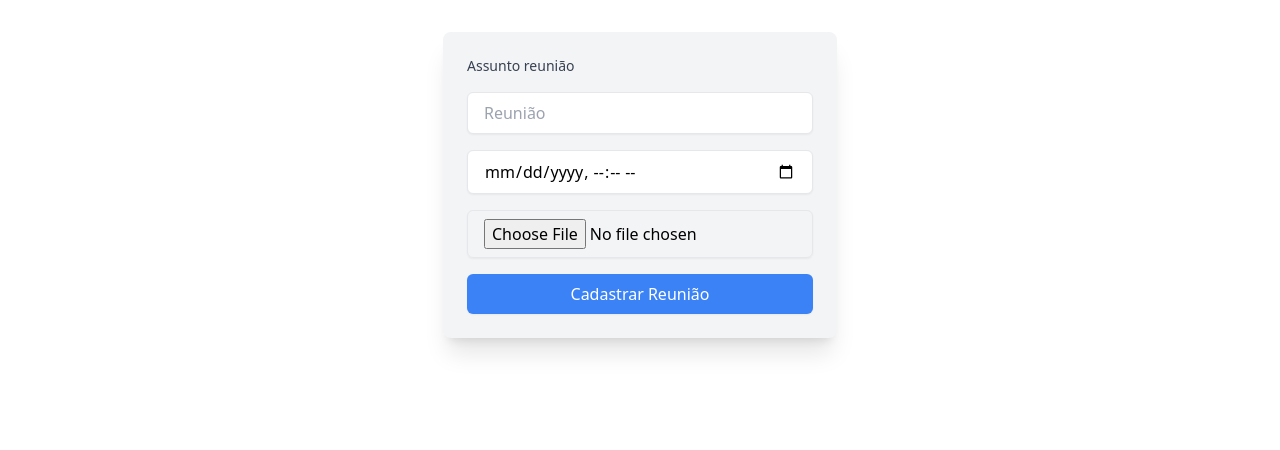
Repository: TamiBeira/meeting
Page: /
An editor plug-in stored every save of this project. The page is shown before and after the next save, followed by the edit.
The browser window is 1280 px wide. The pictures show the whole page.
The project was rebuilt for these pictures with package versions that can differ from the ones it lists, and the page was loaded fresh each time. Also part of the build but not shown: vite.config.ts.

Above is the page before, as saved 2024-02-26 10:55:03.

After the next save:
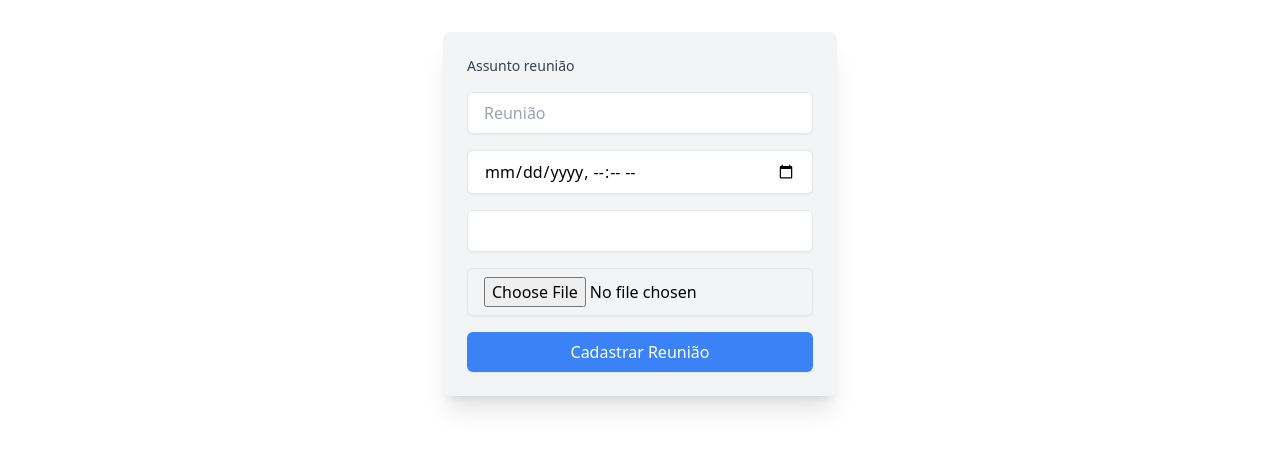
Saved 99 s later.
--- a/src/components/Form.tsx
+++ b/src/components/Form.tsx
@@ -1,21 +1,43 @@
 import { useState } from "react";
 
 export const Form = () => {
-    const [data, setData] = useState();
-    const [hora, setHora] = useState();
-    const [imagem, setImagem] = useState();
-    const [title, setTitle] = useState();
+    const [data, setData] = useState('');
+    const [hora, setHora] = useState('');
+    const [imagem, setImagem] = useState('');
+    const [title, setTitle] = useState('');
+
+    const handleDataChange = (event) => {
+        setData(event.target.value);
+    };
+
+    const handleHoraChange = (event) => {
+        setHora(event.target.value);
+    };
+
+    const handleImagemChange = (event) => {
+        setImagem(event.target.value);
+    };
+
+    const handleTitleChange = (event) => {
+        setTitle(event.target.value);
+    };
+
+    const handleSubmit = (event) => {
+        event.preventDefault();
+        // Faça o que precisar com os dados (data, hora, imagem, title)
+    };
 
     return (
         <main className="flex justify-center mt-8">
             <div className="mx-auto max-w-md p-6 bg-gray-100 rounded-lg shadow-xl">
-                <div className="space-y-4">
+                <form onSubmit={handleSubmit} className="space-y-4">
                     <label htmlFor="reuniao" className="block text-sm font-medium text-gray-700">Assunto reunião</label>
-                    <input type="text" placeholder="Reunião" id="reuniao" className="block w-full px-4 py-2 border rounded-md shadow-sm focus:outline-none focus:ring-blue-500 focus:border-blue-500" />
-                    <input type="datetime-local" name="" id="" className="block w-full px-4 py-2 border rounded-md shadow-sm focus:outline-none focus:ring-blue-500 focus:border-blue-500" />
-                    <input type="file" name="" id="" className="block w-full px-4 py-2 border rounded-md shadow-sm focus:outline-none focus:ring-blue-500 focus:border-blue-500" />
-                    <button className="block w-full px-4 py-2 bg-blue-500 text-white rounded-md shadow-sm hover:bg-blue-600 focus:outline-none focus:ring-blue-500 focus:border-blue-500">Cadastrar Reunião</button>
-                </div>
+                    <input type="text" placeholder="Reunião" id="reuniao" value={title} onChange={handleTitleChange} className="block w-full px-4 py-2 border rounded-md shadow-sm focus:outline-none focus:ring-blue-500 focus:border-blue-500" />
+                    <input type="datetime-local" name="" id="" value={data} onChange={handleDataChange} className="block w-full px-4 py-2 border rounded-md shadow-sm focus:outline-none focus:ring-blue-500 focus:border-blue-500" />
+                    <input type="text" name="" id="" value={hora} onChange={handleHoraChange} className="block w-full px-4 py-2 border rounded-md shadow-sm focus:outline-none focus:ring-blue-500 focus:border-blue-500" />
+                    <input type="file" name="" id="" value={imagem} onChange={handleImagemChange} className="block w-full px-4 py-2 border rounded-md shadow-sm focus:outline-none focus:ring-blue-500 focus:border-blue-500" />
+                    <button type="submit" className="block w-full px-4 py-2 bg-blue-500 text-white rounded-md shadow-sm hover:bg-blue-600 focus:outline-none focus:ring-blue-500 focus:border-blue-500">Cadastrar Reunião</button>
+                </form>
             </div>
         </main>
     )

After the save that followed:
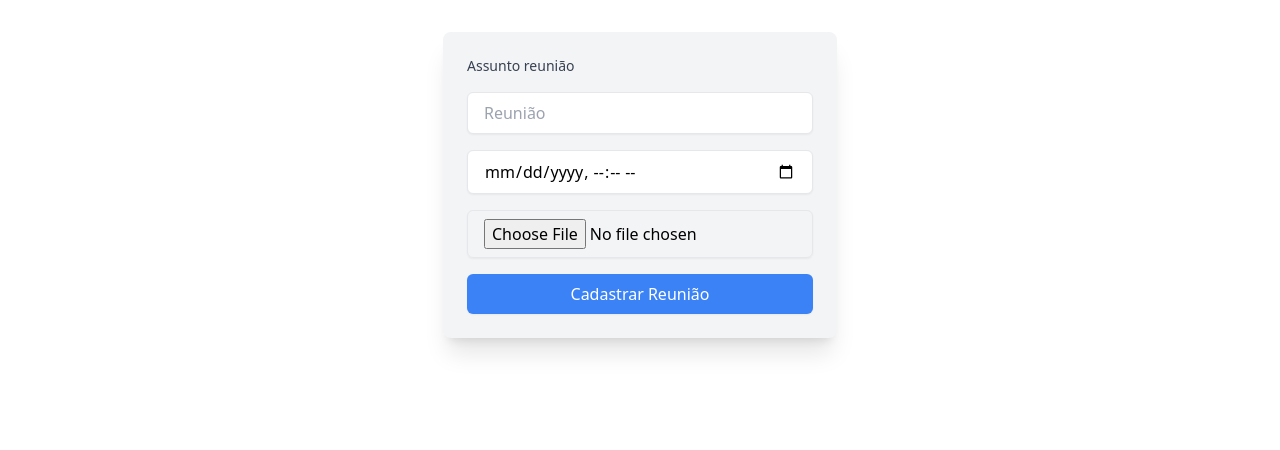
Saved 47 s later.
--- a/src/components/Form.tsx
+++ b/src/components/Form.tsx
@@ -34,7 +34,6 @@
                     <label htmlFor="reuniao" className="block text-sm font-medium text-gray-700">Assunto reunião</label>
                     <input type="text" placeholder="Reunião" id="reuniao" value={title} onChange={handleTitleChange} className="block w-full px-4 py-2 border rounded-md shadow-sm focus:outline-none focus:ring-blue-500 focus:border-blue-500" />
                     <input type="datetime-local" name="" id="" value={data} onChange={handleDataChange} className="block w-full px-4 py-2 border rounded-md shadow-sm focus:outline-none focus:ring-blue-500 focus:border-blue-500" />
-                    <input type="text" name="" id="" value={hora} onChange={handleHoraChange} className="block w-full px-4 py-2 border rounded-md shadow-sm focus:outline-none focus:ring-blue-500 focus:border-blue-500" />
                     <input type="file" name="" id="" value={imagem} onChange={handleImagemChange} className="block w-full px-4 py-2 border rounded-md shadow-sm focus:outline-none focus:ring-blue-500 focus:border-blue-500" />
                     <button type="submit" className="block w-full px-4 py-2 bg-blue-500 text-white rounded-md shadow-sm hover:bg-blue-600 focus:outline-none focus:ring-blue-500 focus:border-blue-500">Cadastrar Reunião</button>
                 </form>
